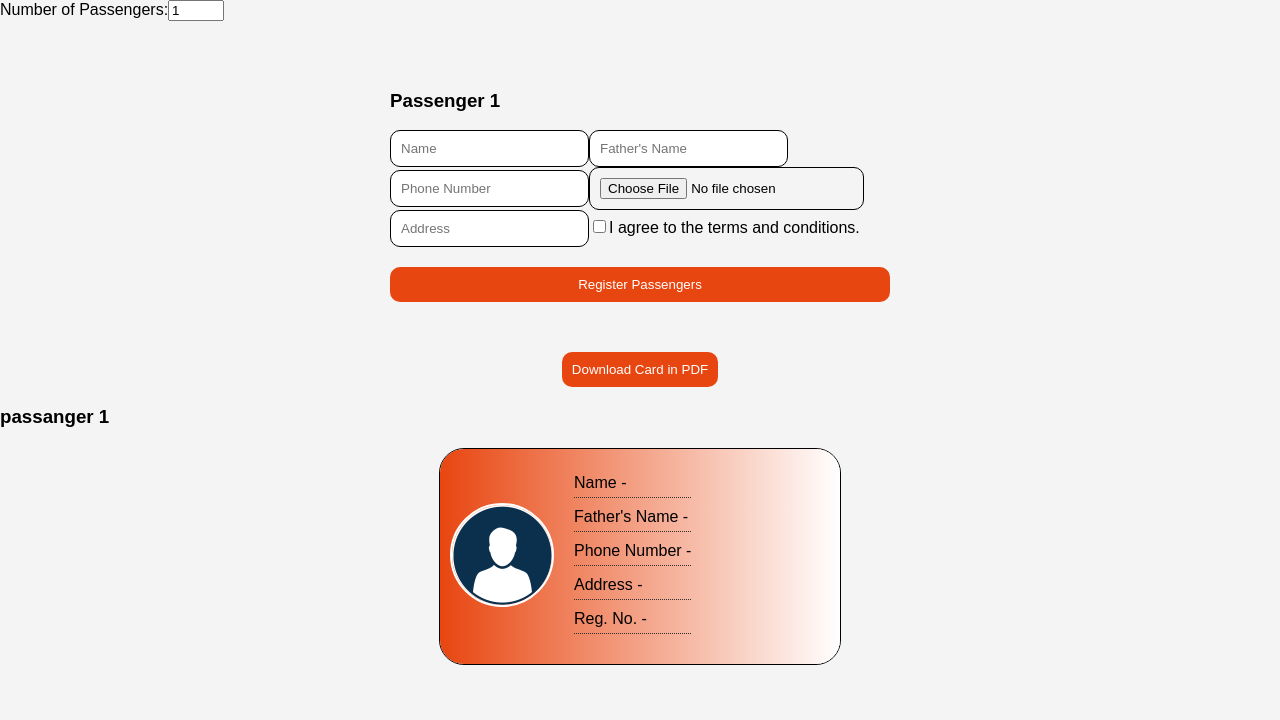
Repository: pripriya09/StudentID-Card-Download
Page: / (app in frontend/)
These files come from the project's save history. The page is drawn as it stood at one moment and after the next save; the edit follows.
The browser window is 1280 px wide. The pictures show the whole page.
The project was rebuilt for these pictures with package versions that can differ from the ones it lists, and the page was loaded fresh each time. Also part of the build but not shown: frontend/vite.config.js.

Above is the page before, as saved 2025-01-13 12:35:06.

After the next save:
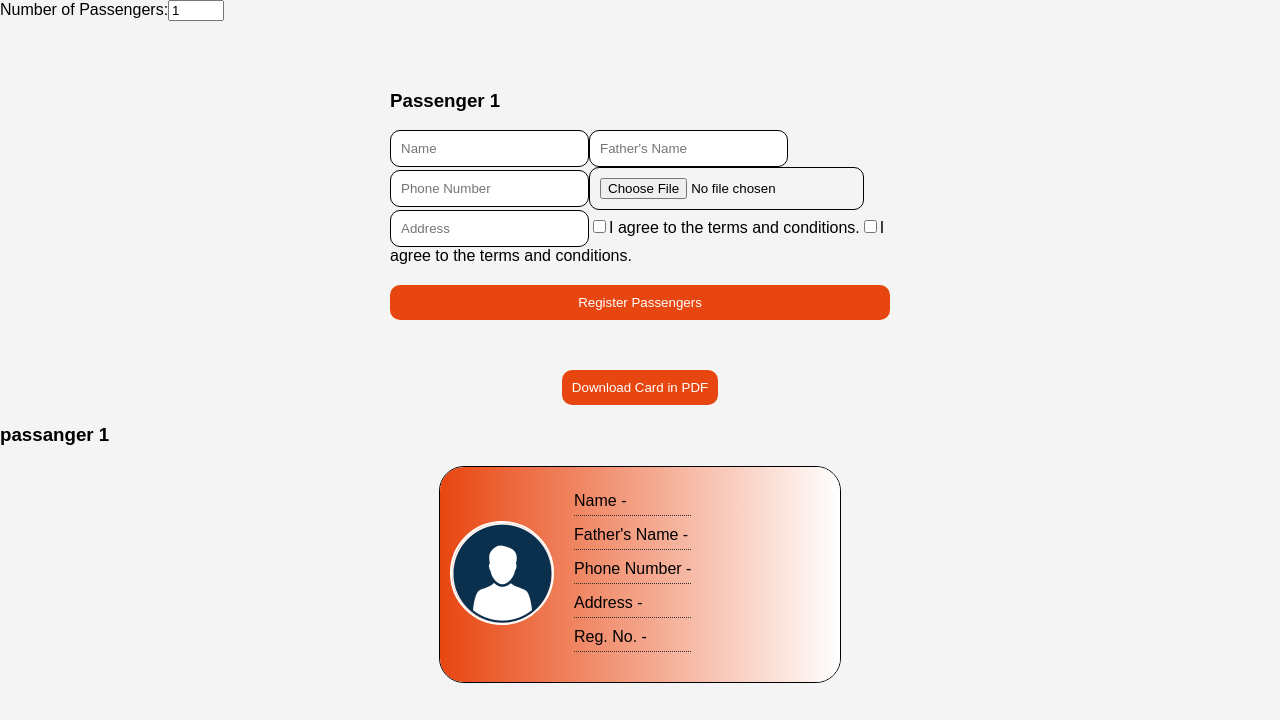
Saved 27 s later.
--- a/frontend/src/Form.jsx
+++ b/frontend/src/Form.jsx
@@ -216,6 +216,16 @@ const Form = () => {
                 onChange={(e) => handleChange(index, e)}
                 required
               />
+                       <label>
+                <input
+                  type="checkbox"
+                  name="consent"
+                  checked={data.consent}
+                  onChange={(e) => handleChange(index, e)}
+                  required
+                />
+                I agree to the terms and conditions.
+              </label>
               <label>
                 <input
                   type="checkbox"

After the save that followed:
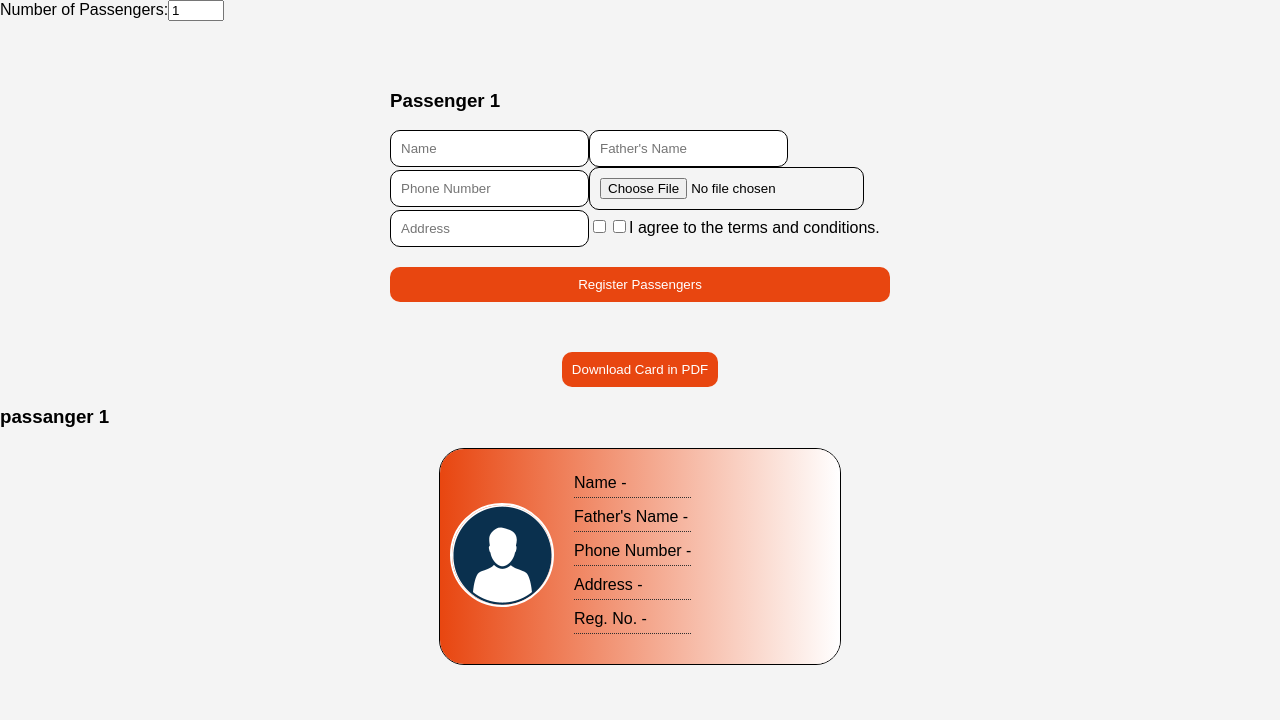
Saved 4 s later.
--- a/frontend/src/Form.jsx
+++ b/frontend/src/Form.jsx
@@ -224,7 +224,7 @@ const Form = () => {
                   onChange={(e) => handleChange(index, e)}
                   required
                 />
-                I agree to the terms and conditions.
+
               </label>
               <label>
                 <input
